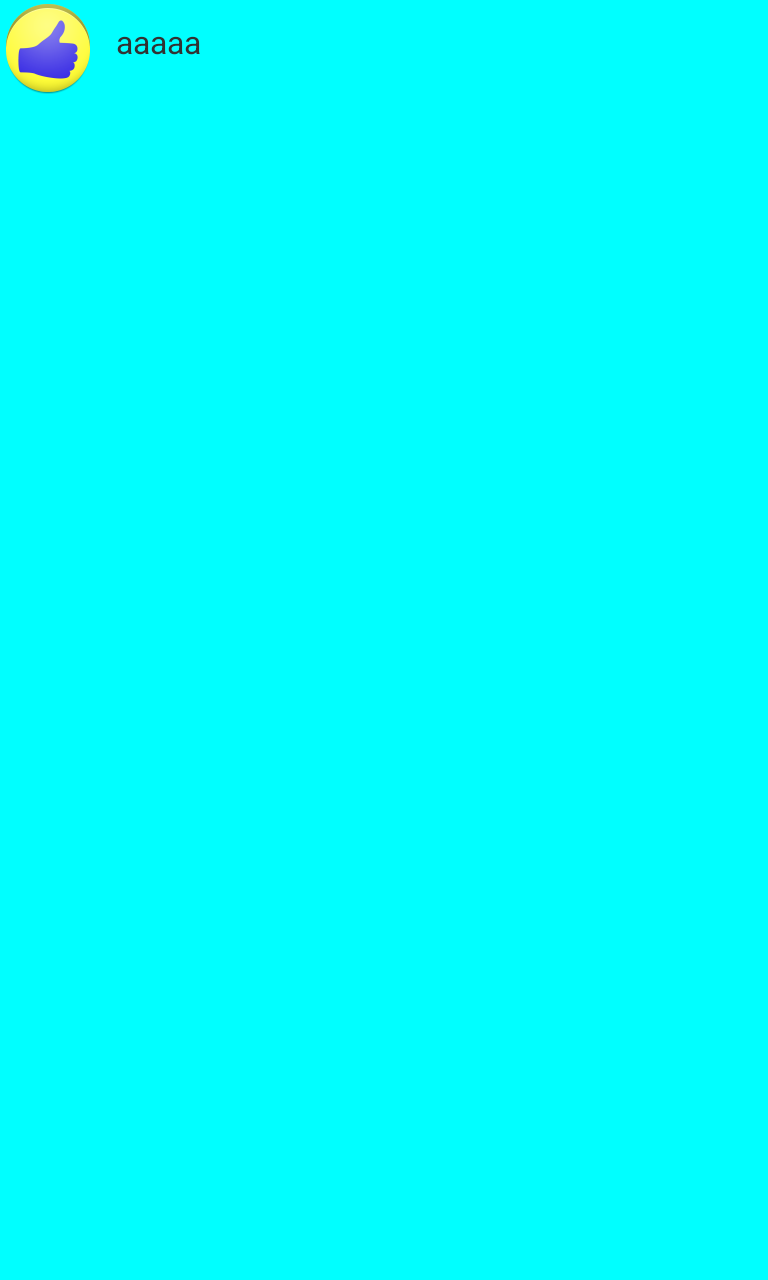
Repository: derek-zhan/RBCPrototypeChallenge
Layout: RBCPrototype/res/layout/transaction_listview_item_row.xml
These files come from the project's save history. The layout is drawn as it stood at one moment and after the next save; the edit follows.
It is drawn on a 768 x 1280 px phone screen (xhdpi) without system bars, with theme AppTheme; the app's code is not run.

Above is the layout before, as saved 2014-06-06 13:12:07.

After the next save:
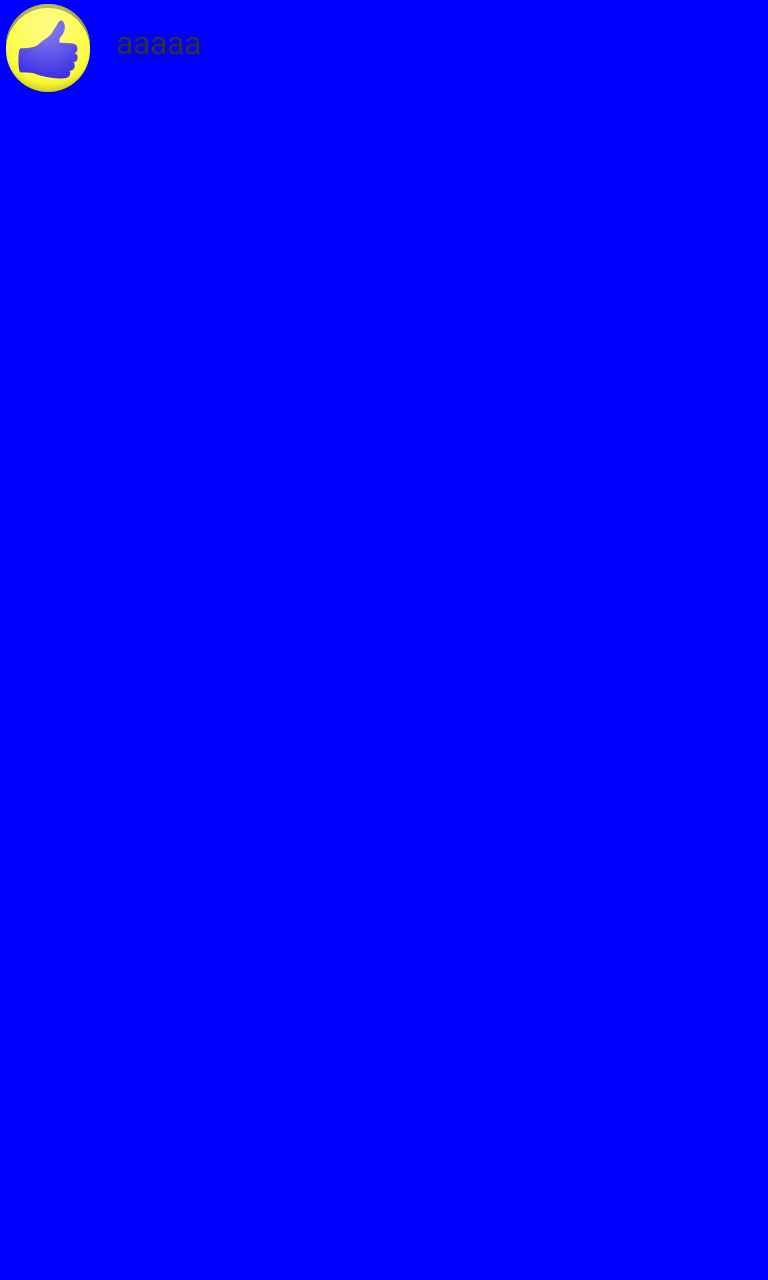
Saved 10 s later.
--- a/RBCPrototype/res/layout/transaction_listview_item_row.xml
+++ b/RBCPrototype/res/layout/transaction_listview_item_row.xml
@@ -3,7 +3,7 @@
     android:layout_width="match_parent"
     android:layout_height="match_parent"
     android:orientation="vertical"
-    android:background="@color/aqua"
+    android:background="@color/blue"
      >
 
     <ImageView
